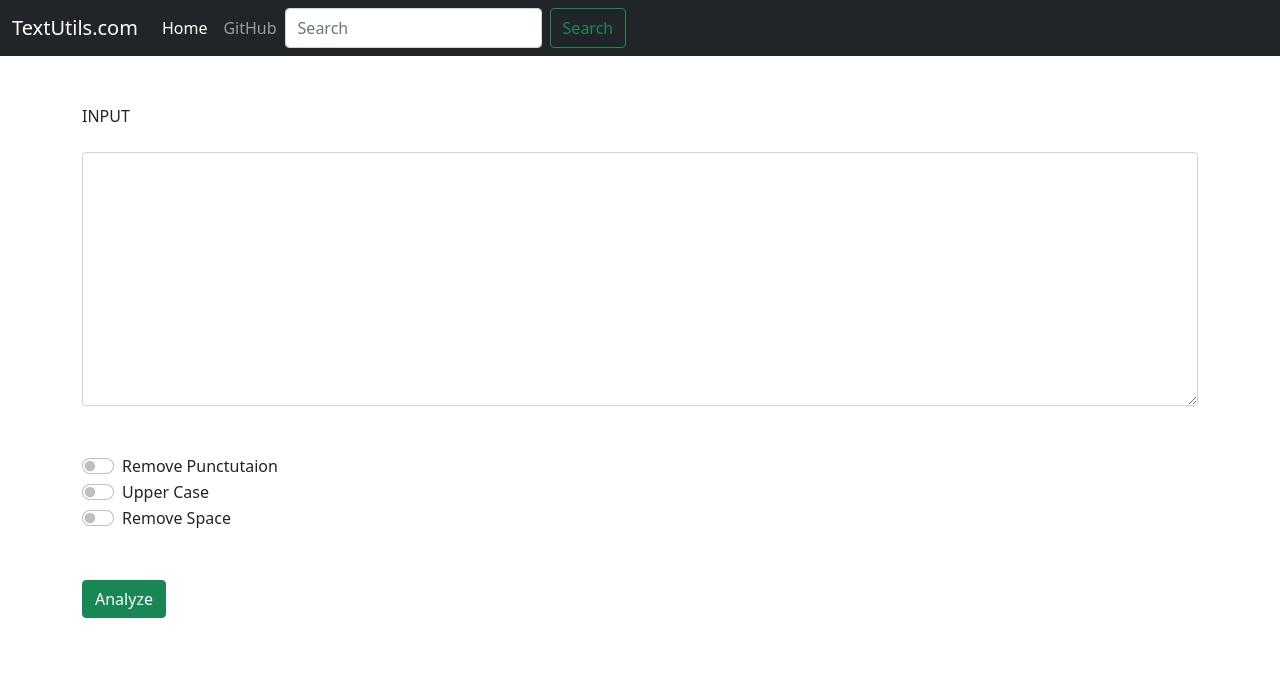
Repository: thenameisshreyank/Textutility
Page: http://localhost/
The author's editor kept a copy of each file at every save. The page is drawn from the files as they stood at one save, then again after the next save.
The browser window is 1280 px wide. The pictures show the whole page.
The page is served by the project's application, run on Django 4.2 (manage.py). Other server files are loaded and not shown.

Above is the page before, as saved 2022-04-15 10:54:20.

### templates/index.html
<!DOCTYPE html>
<html lang="en">
<head>
    <meta charset="UTF-8">
    <meta http-equiv="X-UA-Compatible" content="IE=edge">
    <meta name="viewport" content="width=device-width, initial-scale=1.0">
    <!-- CSS only -->
<link href="https://cdn.jsdelivr.net/npm/bootstrap@5.1.3/dist/css/bootstrap.min.css" rel="stylesheet" integrity="sha384-1BmE4kWBq78iYhFldvKuhfTAU6auU8tT94WrHftjDbrCEXSU1oBoqyl2QvZ6jIW3" crossorigin="anonymous">
    <title>Document</title>



</head>
<body>
    <nav class="navbar navbar-expand-lg navbar-dark bg-dark">
        <div class="container-fluid">
          <a class="navbar-brand" href="https://getbootstrap.com/">TextUtils.com</a>
          <button class="navbar-toggler" type="button" data-bs-toggle="collapse" data-bs-target="#navbarSupportedContent" aria-controls="navbarSupportedContent" aria-expanded="false" aria-label="Toggle navigation">
            <span class="navbar-toggler-icon"></span>
          </button>
          <div class="collapse navbar-collapse" id="navbarSupportedContent">
            <ul class="navbar-nav me-auto mb-2 mb-lg-0">
              <li class="nav-item">
                <a class="nav-link active" aria-current="page" href="http://127.0.0.1:8000/">Home</a>
              </li>
              <li class="nav-item">
                <a class="nav-link" href="https://github.com/thenameisshreyank">GitHub</a>
              </li>


            <form class="d-flex">
              <input class="form-control me-2" type="search" placeholder="Search" aria-label="Search">
              <button class="btn btn-outline-success" type="submit">Search</button>
            </form>
          </div>
        </div>
      </nav><br><br>
      <form action="analyze" method="get">
        <div class="container">
        <div class="form-group">
          <label for="exampleFormControlTextarea1">INPUT</label><br><br>
          <textarea class="form-control" id="textarea" name="text" rows="10"></textarea>
        </div><br><br>
        <div class="form-check form-switch">
          <input class="form-check-input" type="checkbox" role="switch" value="true" name="rf" id="flexSwitchCheckDefault">
          <label class="form-check-label" for="flexSwitchCheckDefault">Remove Punctutaion</label>
        </div>
        <div class="form-check form-switch">
          <input class="form-check-input" type="checkbox" name="upper" value="true" role="switch" id="flexSwitchCheckDefault">
          <label class="form-check-label" for="flexSwitchCheckDefault">Upper Case</label>
        </div>
        <div class="form-check form-switch">
          <input class="form-check-input" type="checkbox" name="space" value="true" role="switch" id="flexSwitchCheckDefault">
          <label class="form-check-label" for="flexSwitchCheckDefault">Remove Space</label>
        </div>
        <br><br><button type="submit" class="btn btn-success" id="analyze">Analyze</button>
        </div>
      </form>
</body>
</html>

### c1/views.py

from django.http import HttpResponse
from django.shortcuts import render

from django.http import HttpResponse
# Create your views here.

def nav(request):
    return render(request,"index.html")

def analyze(request):
    rawtext=request.GET.get('text')
    pun=request.GET.get('rf')
    uc=request.GET.get('upper')
    space=request.GET.get('space')
    answer=""
    ans1=""
    if pun=='true':
        punctuation='''!@#$%^&*()_;+<>?/~`"='''
        for x in rawtext:
            if x not in punctuation:
             answer=answer+x
    else:
        answer=rawtext
    if uc=="true":
        # for ch in rawtext:
        answer=answer.upper()

    if space=="true":
        for ch in answer:
            if ch==" ":
                pass
            else:
                ans1=ans1+ch
        answer=ans1
    return render(request,'analyze.html',{'ans':answer})

### c/urls.py
"""c URL Configuration

The `urlpatterns` list routes URLs to views. For more information please see:
    https://docs.djangoproject.com/en/4.0/topics/http/urls/
Examples:
Function views
    1. Add an import:  from my_app import views
    2. Add a URL to urlpatterns:  path('', views.home, name='home')
Class-based views
    1. Add an import:  from other_app.views import Home
    2. Add a URL to urlpatterns:  path('', Home.as_view(), name='home')
Including another URLconf
    1. Import the include() function: from django.urls import include, path
    2. Add a URL to urlpatterns:  path('blog/', include('blog.urls'))
"""

from django.contrib import admin
from django.urls import include, path

urlpatterns = [
    path('admin/', admin.site.urls),
    path('',include('c1.urls')),
]

### c1/urls.py




from . import views
from django.urls import path


urlpatterns=[
    path('',views.nav),
    path('analyze/',views.analyze),
]

After the next save:
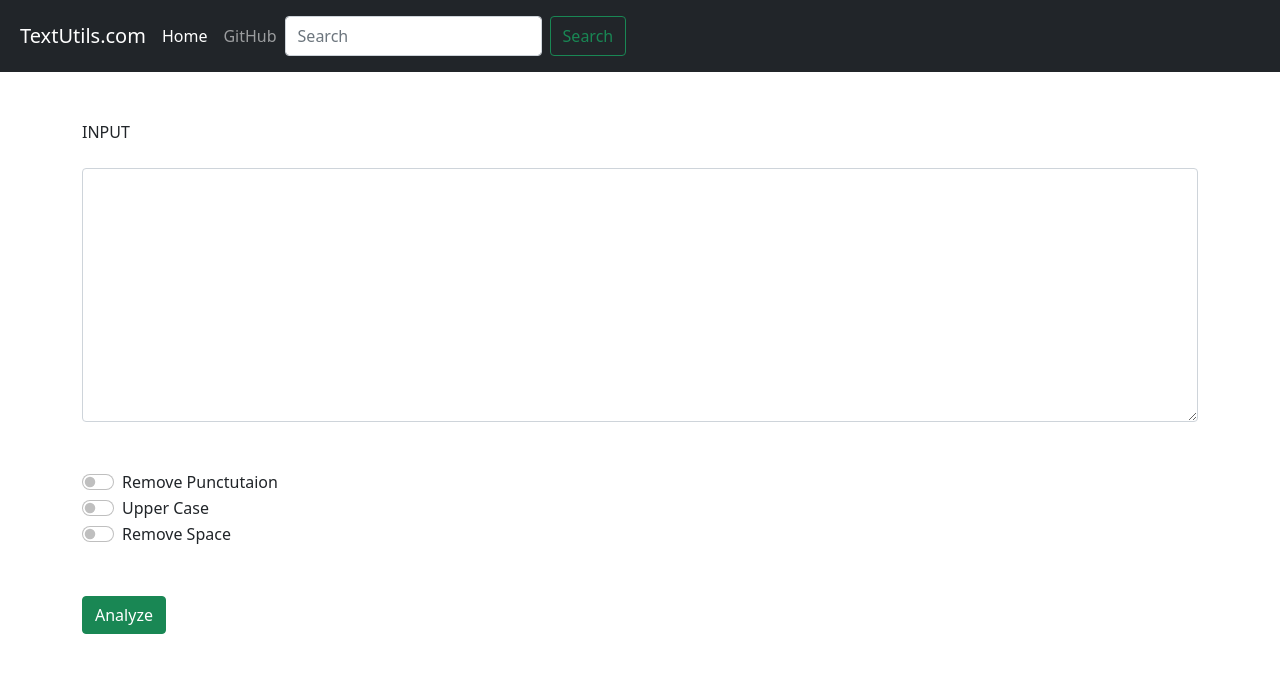
Saved 10 s later.
--- a/templates/index.html
+++ b/templates/index.html
@@ -14,7 +14,7 @@
 <body>
     <nav class="navbar navbar-expand-lg navbar-dark bg-dark">
         <div class="container-fluid">
-          <a class="navbar-brand" href="https://getbootstrap.com/">TextUtils.com</a>
+          <a class="navbar-brand m-2" href="https://getbootstrap.com/">TextUtils.com</a>
           <button class="navbar-toggler" type="button" data-bs-toggle="collapse" data-bs-target="#navbarSupportedContent" aria-controls="navbarSupportedContent" aria-expanded="false" aria-label="Toggle navigation">
             <span class="navbar-toggler-icon"></span>
           </button>
